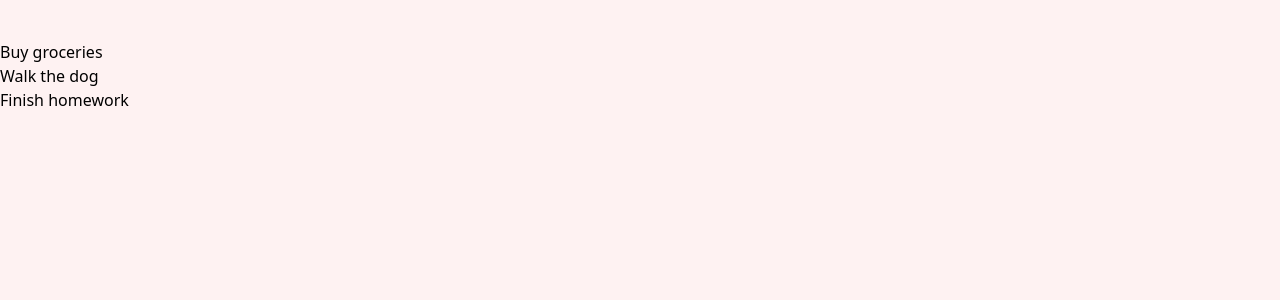
Repository: kocokoy/lodo-list-react-ts-tailwind
Page: /
An editor plug-in stored every save of this project. The page is shown before and after the next save, followed by the edit.
The browser window is 1280 px wide. The pictures show the whole page.
The project was rebuilt for these pictures with package versions that can differ from the ones it lists, and the page was loaded fresh each time. Also part of the build but not shown: vite.config.ts.

Above is the page before, as saved 2025-07-29 14:31:34.

### src/App.tsx
import { dummyData } from "./data/todos"

function App() {
  return (
   <main className="py-10 bg-red-50 h-screen">
     <h1 className="font-bold text-3xl text-center"></h1>
       <div>
        <div>
          {dummyData.map(todo => (
            <p>
              {todo.title}
            </p>
          ))}
        </div>
       </div>
    </main>
  )
}

export default App

### src/data/todos.ts
import type { Todo } from '../types/todo'

export const dummyData: Todo[] = [
  {
    id: 1,
    title: "Buy groceries",
    completed: false
  },
  {
    id: 2,
    title: "Walk the dog",
    completed: true
  },
  {
    id: 3,
    title: "Finish homework",
    completed: false
  }
]

Loaded but not shown: index.html (common file); src/main.tsx (common file); src/index.css (common file); tailwind.config.js (common file)

After the next save:
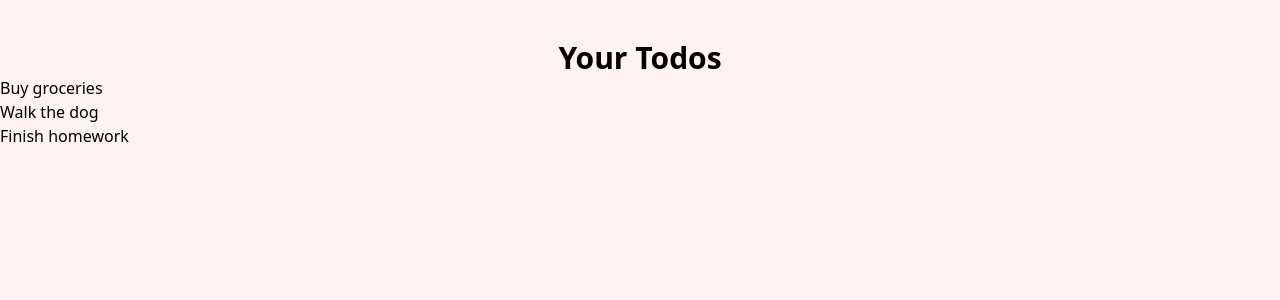
Saved 14 s later.
--- a/src/App.tsx
+++ b/src/App.tsx
@@ -3,7 +3,9 @@ import { dummyData } from "./data/todos"
 function App() {
   return (
    <main className="py-10 bg-red-50 h-screen">
-     <h1 className="font-bold text-3xl text-center"></h1>
+     <h1 className="font-bold text-3xl text-center">
+      Your Todos
+     </h1>
        <div>
         <div>
           {dummyData.map(todo => (
